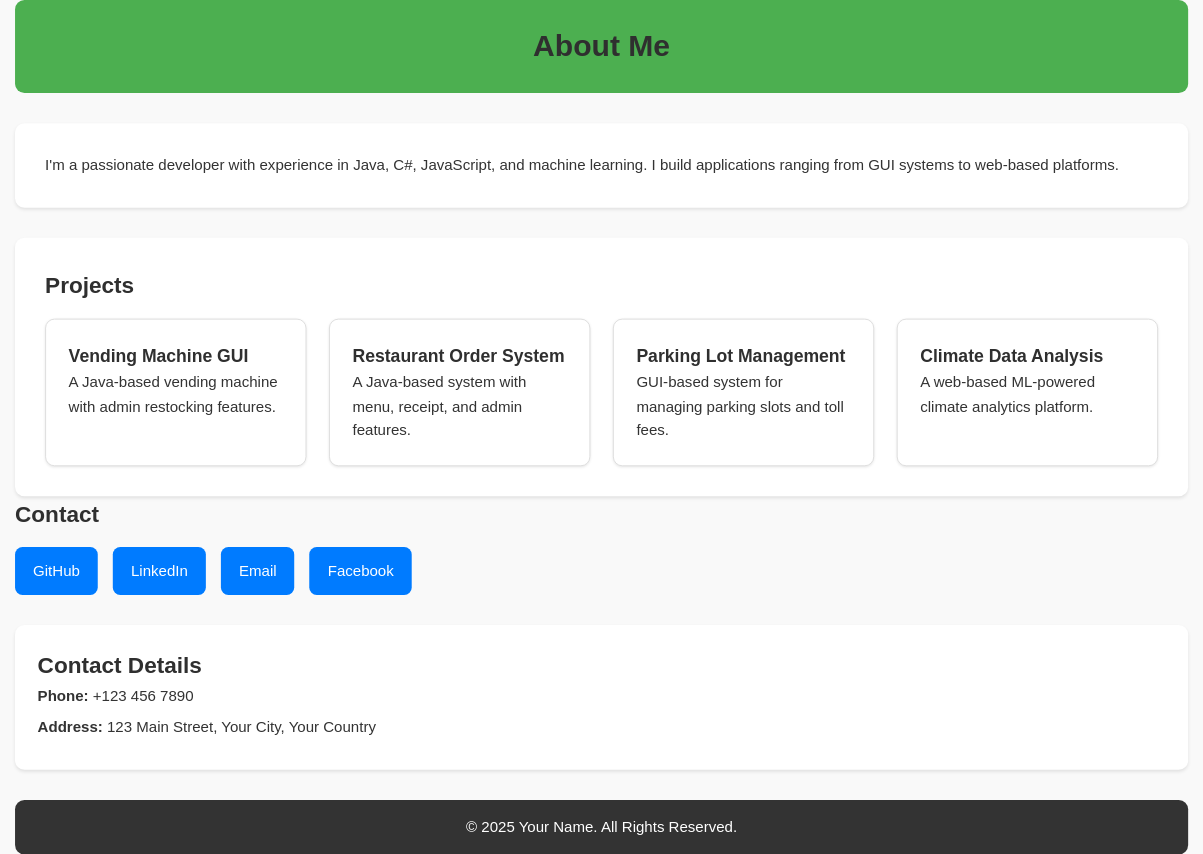
Repository: nightmar3fuel/portfolio.html
Page: my.html
The author's editor kept a copy of each file at every save. The page is drawn from the files as they stood at one save, then again after the next save.
The browser window is 1280 px wide. The pictures show the whole page, at 94% of full size.

Above is the page before, as saved 2025-02-06 14:04:19.

### my.html
<!DOCTYPE html>
<html>

<head>
    <title>Oliver's Portfolio</title>
    <meta charset="utf-8" />
    <meta name="viewport" content="width=device-width, initial-scale=1.0">
    <link rel="stylesheet" href="styles.css">
</head>

<body>
    <header>
        <h1>About Me</h1>
    </header>
    <section id="about">
        <p>I'm a passionate developer with experience in Java, C#, JavaScript, and machine learning. I build applications ranging from GUI systems to web-based platforms.</p>
    </section>
    <section id="projects">
        <h2>Projects</h2>
        <div class="project-container">
            <div class="project" onclick="openProject('#')">
                <h3>Vending Machine GUI</h3>
                <p>A Java-based vending machine with admin restocking features.</p>
            </div>
            <div class="project" onclick="openProject('#')">
                <h3>Restaurant Order System</h3>
                <p>A Java-based system with menu, receipt, and admin features.</p>
            </div>
            <div class="project" onclick="openProject('#')">
                <h3>Parking Lot Management</h3>
                <p>GUI-based system for managing parking slots and toll fees.</p>
            </div>
            <div class="project" onclick="openProject('#')">
                <h3>Climate Data Analysis</h3>
                <p>A web-based ML-powered climate analytics platform.</p>
            </div>
        </div>
    </section>
    <section id="contact">
        <h2>Contact</h2>
        <div class="contact-links">
            <a href="https://github.com/yourgithub" target="_blank">GitHub</a>
            <a href="https://linkedin.com/in/yourlinkedin" target="_blank">LinkedIn</a>
            <a href="mailto:your.email@example.com">Email</a>
            <a href="https://facebook.com/yourfacebook" target="_blank">Facebook</a>
        </div>
    </section>
    <section id="contact-details">
        <h2>Contact Details</h2>
        <p><strong>Phone:</strong> +123 456 7890</p>
        <p><strong>Address:</strong> 123 Main Street, Your City, Your Country</p>
    </section>
    <footer>
        <p>&copy; 2025 Your Name. All Rights Reserved.</p>
    </footer>
    <script src="script.js"></script>
</body>

</html>

### styles.css
/* General Reset */

* {
    margin: 0;
    padding: 0;
    box-sizing: border-box;
    font-family: 'Arial', sans-serif;
}

body {
    background-color: #f9f9f9;
    color: #333;
    line-height: 1.6;
    padding: 0 1rem;
}

header {
    background-color: #4CAF50;
    color: white;
    padding: 1.5rem 0;
    text-align: center;
    border-radius: 10px;
    margin-bottom: 2rem;
}

h1,
h2,
h3 {
    color: #2f2f2f;
}


/* About Section */

#about {
    background: white;
    padding: 2rem;
    margin-bottom: 2rem;
    border-radius: 10px;
    box-shadow: 0 2px 4px rgba(0, 0, 0, 0.1);
}


/* Projects Section */

#projects {
    background: white;
    padding: 2rem;
    border-radius: 10px;
    box-shadow: 0 2px 4px rgba(0, 0, 0, 0.1);
}

.project-container {
    display: grid;
    grid-template-columns: repeat(auto-fill, minmax(250px, 1fr));
    gap: 1.5rem;
    margin-top: 1rem;
}

.project {
    background-color: #fff;
    padding: 1.5rem;
    border: 1px solid #ddd;
    border-radius: 10px;
    box-shadow: 0 1px 3px rgba(0, 0, 0, 0.1);
    cursor: pointer;
    transition: transform 0.2s, box-shadow 0.2s;
}

.project:hover {
    transform: translateY(-5px);
    box-shadow: 0 4px 8px rgba(0, 0, 0, 0.2);
}


/* Contact Links */

.contact-links {
    display: flex;
    flex-wrap: wrap;
    gap: 1rem;
    margin: 1rem 0;
}

.contact-links a {
    text-decoration: none;
    color: white;
    background-color: #007BFF;
    padding: 0.8rem 1.2rem;
    border-radius: 8px;
    transition: background-color 0.2s ease;
}

.contact-links a:hover {
    background-color: #0056b3;
}


/* Contact Details */

#contact-details {
    background: white;
    padding: 1.5rem;
    margin-top: 2rem;
    border-radius: 10px;
    box-shadow: 0 2px 4px rgba(0, 0, 0, 0.1);
}

#contact-details p {
    margin-bottom: 0.5rem;
}


/* Footer */

footer {
    background-color: #333;
    color: white;
    text-align: center;
    padding: 1rem 0;
    margin-top: 2rem;
    border-radius: 10px;
}

### script.js
function openProject(url) {
    if (url !== "#") {
        window.open(url, "_blank");
    } else {
        alert("Project link not available yet!");
    }
}

document.addEventListener("DOMContentLoaded", function() {
    document.querySelectorAll(".project").forEach(function(project) {
        project.addEventListener("click", function() {
            const url = this.getAttribute("onclick").match(/'([^']+)'/)[1];
            openProject(url);
        });
    });
});

After the next save:
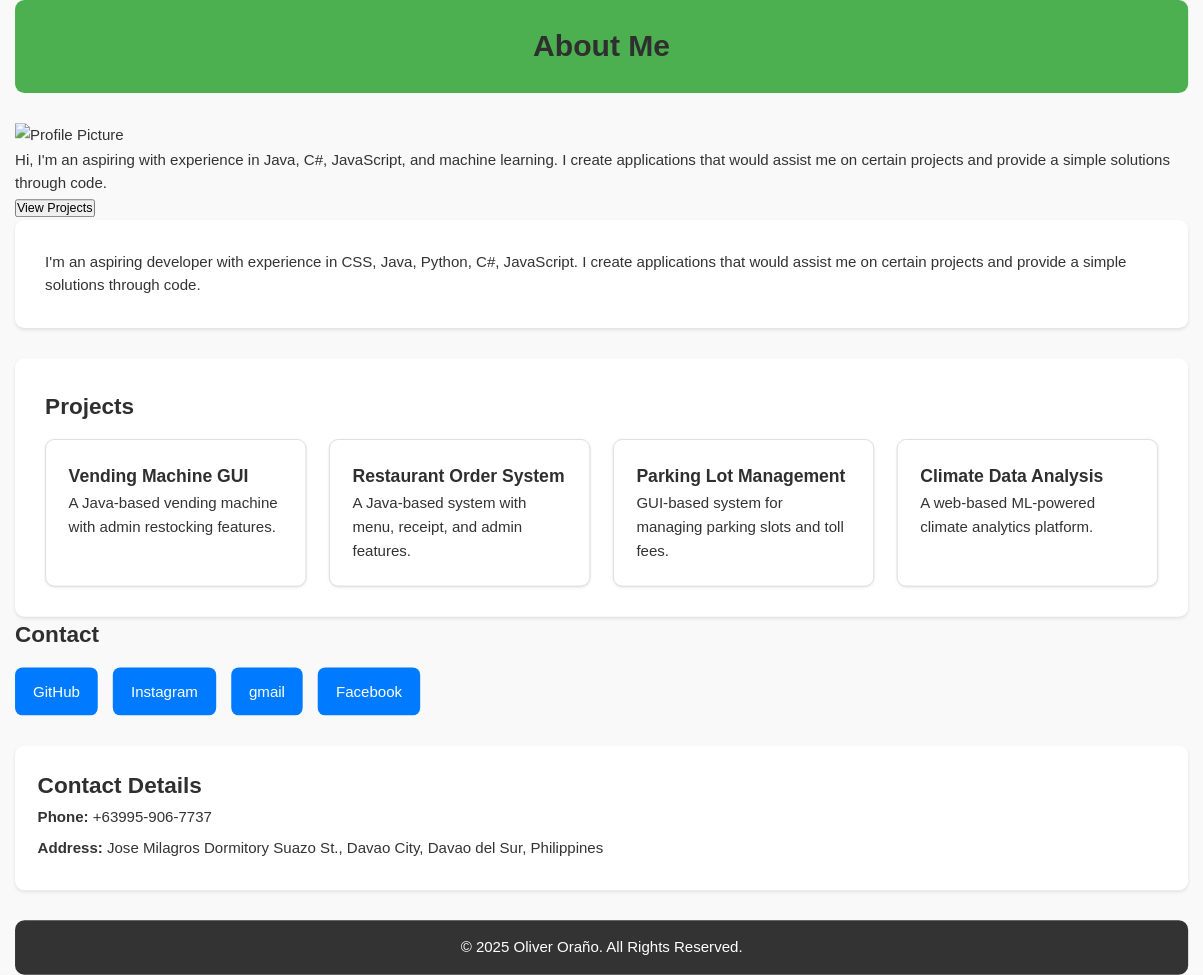
Not found: profile.jpg
Saved 10 min 18 s later.
--- a/my.html
+++ b/my.html
@@ -1,10 +1,10 @@
 <!DOCTYPE html>
-<html>
+<html lang="en">
 
 <head>
-    <title>Oliver's Portfolio</title>
-    <meta charset="utf-8" />
+    <meta charset="UTF-8">
     <meta name="viewport" content="width=device-width, initial-scale=1.0">
+    <title>About Me - Portfolio</title>
     <link rel="stylesheet" href="styles.css">
 </head>
 
@@ -12,8 +12,15 @@
     <header>
         <h1>About Me</h1>
     </header>
+    <section id="profile">
+        <div class="profile-container">
+            <img src="profile.jpg" alt="Profile Picture" class="profile-picture">
+            <p class="profile-description">Hi, I'm an aspiring with experience in Java, C#, JavaScript, and machine learning. I create applications that would assist me on certain projects and provide a simple solutions through code.</p>
+            <button class="view-projects-btn" onclick="window.location.href='projects.html'">View Projects</button>
+        </div>
+    </section>
     <section id="about">
-        <p>I'm a passionate developer with experience in Java, C#, JavaScript, and machine learning. I build applications ranging from GUI systems to web-based platforms.</p>
+        <p>I'm an aspiring developer with experience in CSS, Java, Python, C#, JavaScript. I create applications that would assist me on certain projects and provide a simple solutions through code.</p>
     </section>
     <section id="projects">
         <h2>Projects</h2>
@@ -39,19 +46,20 @@
     <section id="contact">
         <h2>Contact</h2>
         <div class="contact-links">
-            <a href="https://github.com/yourgithub" target="_blank">GitHub</a>
-            <a href="https://linkedin.com/in/yourlinkedin" target="_blank">LinkedIn</a>
-            <a href="mailto:your.email@example.com">Email</a>
-            <a href="https://facebook.com/yourfacebook" target="_blank">Facebook</a>
+            <a href="https://github.com/nightmar3fuel" target="_blank">GitHub</a>
+            <a href="https://instagram.com/oliverrrrro" target="_blank">Instagram</a>
+            <a href="oliverorano141@gmail.com">gmail</a>
+            <a href="https://facebook.com/oliver.orano" target="_blank">Facebook</a>
+
         </div>
     </section>
     <section id="contact-details">
         <h2>Contact Details</h2>
-        <p><strong>Phone:</strong> +123 456 7890</p>
-        <p><strong>Address:</strong> 123 Main Street, Your City, Your Country</p>
+        <p><strong>Phone:</strong> +63995-906-7737</p>
+        <p><strong>Address:</strong> Jose Milagros Dormitory Suazo St., Davao City, Davao del Sur, Philippines</p>
     </section>
     <footer>
-        <p>&copy; 2025 Your Name. All Rights Reserved.</p>
+        <p>&copy; 2025 Oliver Oraño. All Rights Reserved.</p>
     </footer>
     <script src="script.js"></script>
 </body>
